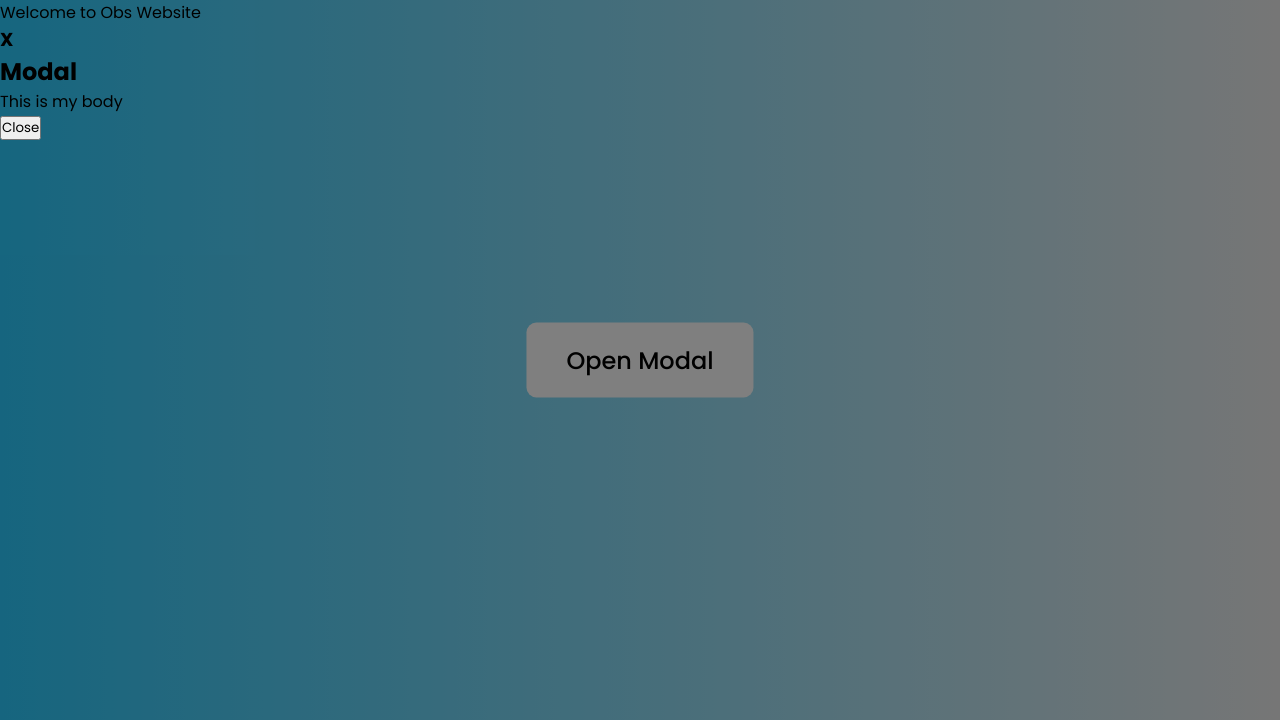
Repository: lausamtuong/Modal_card
Page: index.html
The author's editor kept a copy of each file at every save. The page is drawn from the files as they stood at one save, then again after the next save.
The browser window is 1280 px wide. The pictures show the whole page.
The style sheet was rebuilt from its Sass, Less or Tailwind sources for each picture, by a compiler version that may differ from the author's.

Above is the page before, as saved 2021-12-15 06:46:42.

After the next save:
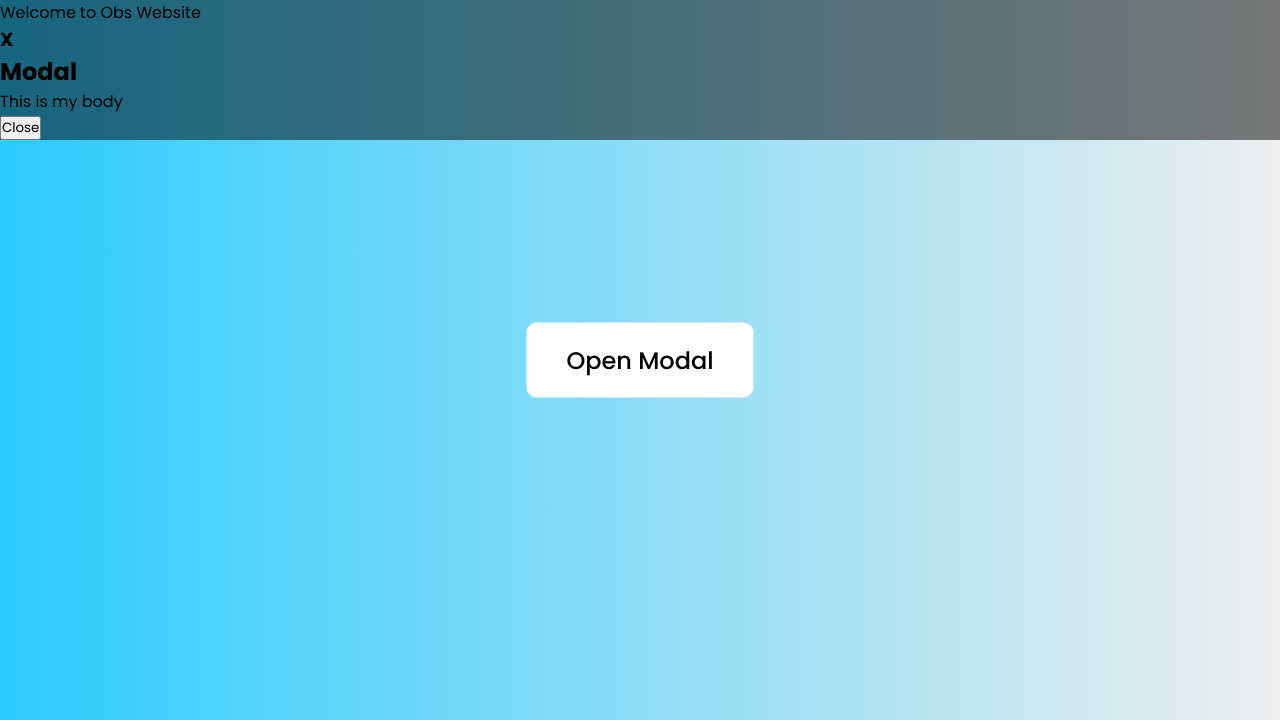
Saved 12 s later.
--- a/style.scss
+++ b/style.scss
@@ -30,6 +30,6 @@
     background-color: rgba(0,0,0,0.5);
     position:fixed;
     top:0;
-    height:100vh;
+
     width:100vw;
 }

After the save that followed:
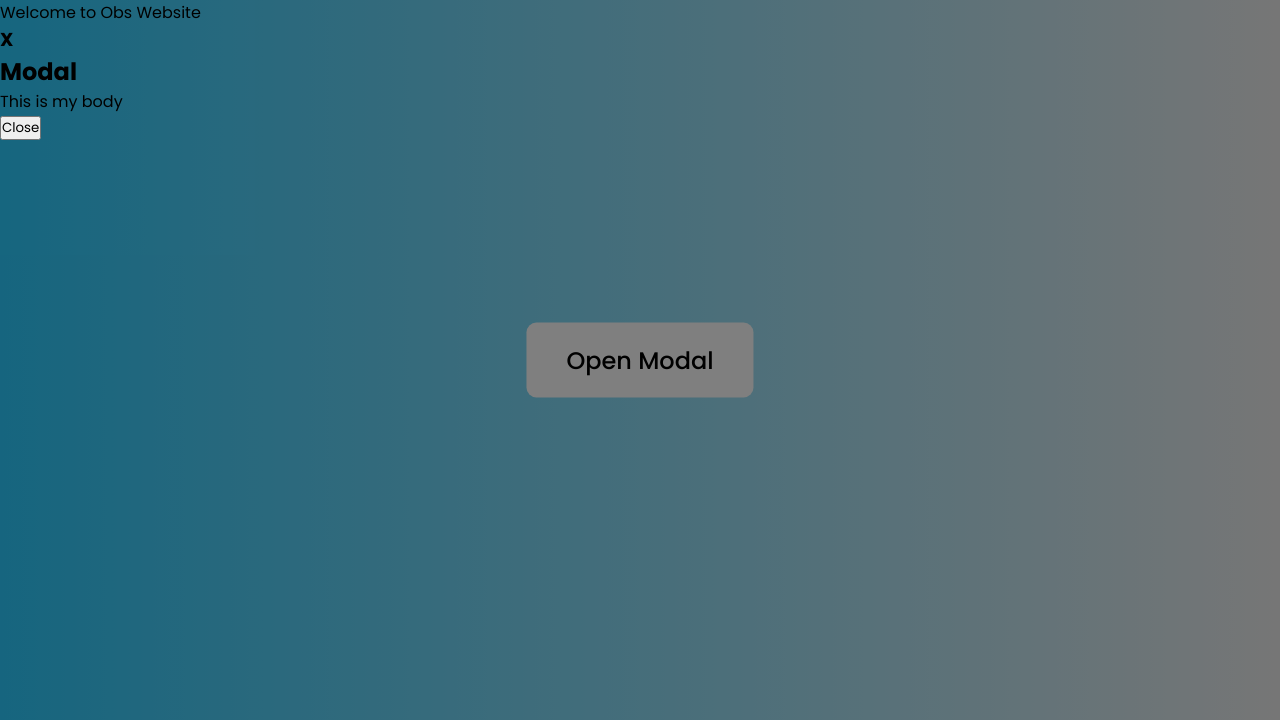
Saved 5 s later.
--- a/style.scss
+++ b/style.scss
@@ -30,6 +30,6 @@
     background-color: rgba(0,0,0,0.5);
     position:fixed;
     top:0;
-
+    bottom:0;
     width:100vw;
 }
